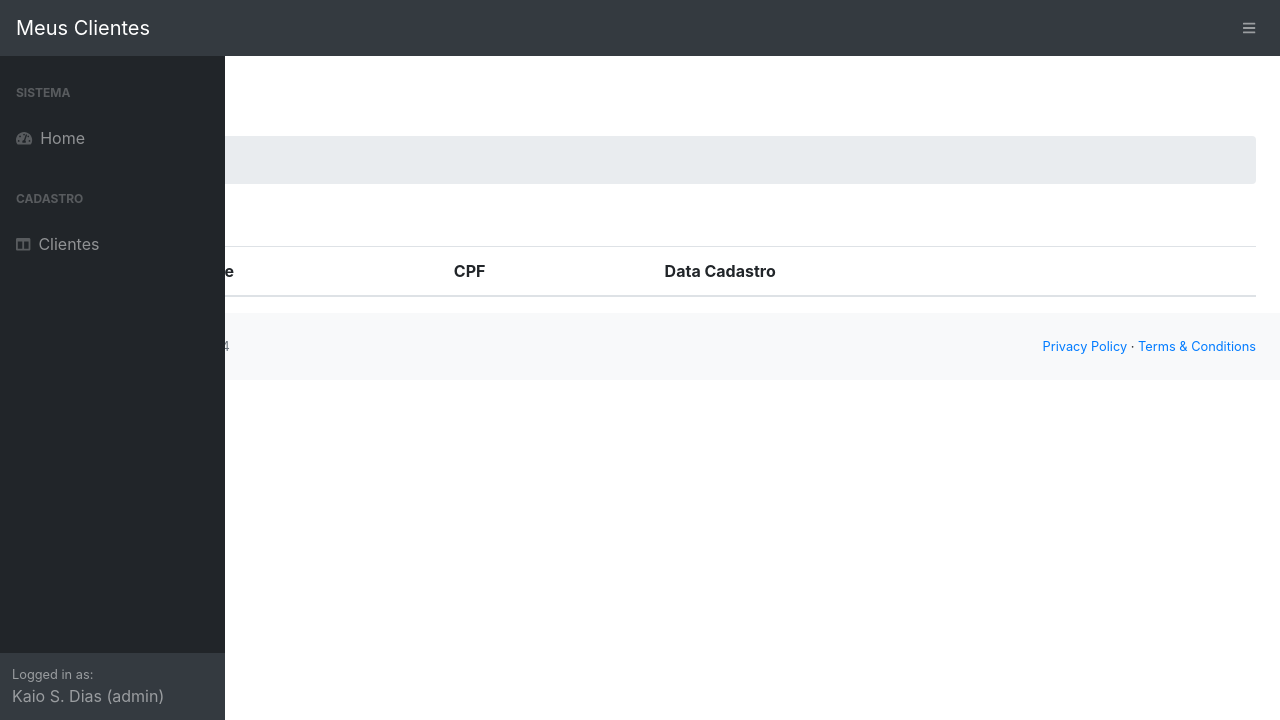
Repository: Kaio-Dias/Angular-Springboot
Page: /users-list (app in Frontend/clients-app/)
These files come from the project's save history. The page is drawn as it stood at one moment and after the next save; the edit follows.
The browser window is 1280 px wide. The pictures show the whole page.
The page's requests for data from a server got no answer. Some web libraries are served in a nearby version. The project was rebuilt for these pictures with package versions that can differ from the ones it lists, and the page was loaded fresh each time. No one was signed in, and anything a server would have sent is missing. Also part of the build but not shown: Frontend/clients-app/angular.json, Frontend/clients-app/src/app/users/users-form/users-form.component.ts, Frontend/clients-app/src/app/users/UserModel.ts, Frontend/clients-app/src/app/home/home.component.ts.

Above is the page before, as saved 2024-07-12 10:36:33.

### Frontend/clients-app/src/index.html
<!doctype html>
<html lang="en">
<head>
  <meta charset="utf-8">
  <title>ClientsApp</title>
  <base href="/">
  <meta name="viewport" content="width=device-width, initial-scale=1">
  <link rel="icon" type="image/x-icon" href="favicon.ico">
  <script src="https://cdnjs.cloudflare.com/ajax/libs/font-awesome/5.11.2/js/all.min.js" crossorigin="anonymous"></script>
</head>
<body class="sb-nav-fixed">
  <app-root></app-root>
</body>
</html>

### Frontend/clients-app/src/app/app.component.ts
import { Component } from '@angular/core';
import { RouterModule, RouterOutlet } from '@angular/router';
import { routes } from './app.routes';
import { UsersService } from './users.service';
import { HttpClientModule } from '@angular/common/http';
import { CommonModule } from '@angular/common';

import { HomeComponent } from './home/home.component';
import {TemplateModule} from './template/template.module';
import {UsersModule} from './users/users.module';

@Component({
  selector: 'app-root',
  standalone: true,
  imports: [
    RouterOutlet,
    HomeComponent,
    TemplateModule,
    CommonModule,
    UsersModule,
    HttpClientModule
  ],
  providers:[
    UsersService
  ],
  templateUrl: './app.component.html',
  styleUrls: ['./app.component.css']
})
export class AppComponent {
  title = 'clients-app';
}

### Frontend/clients-app/src/app/app.routes.ts
import { Routes } from '@angular/router';
import { UsersFormComponent } from './users/users-form/users-form.component';
import { HomeComponent } from './home/home.component';
import { UsersListComponent } from './users/users-list/users-list.component';

export const routes: Routes = [
    { path: '', redirectTo: '/home', pathMatch: 'full' },
    { path: 'home', component: HomeComponent },
    { path: 'users-form', component: UsersFormComponent },
    { path: 'users-form/:id', component: UsersFormComponent},
    { path: 'users-list', component: UsersListComponent },

];

### Frontend/clients-app/src/app/app.component.html
<app-navbar></app-navbar>
<div id="layoutSidenav">
  <app-sidebar></app-sidebar>
  <div id="layoutSidenav_content">
    <main>
      <div class="container-fluid">
        <router-outlet></router-outlet>
      </div>
      <footer class="py-4 bg-light mt-auto">
        <div class="container-fluid">
            <div class="d-flex align-items-center justify-content-between small">
                <div class="text-muted">Copyright &copy; Client Manager 2024</div>
                <div>
                    <a href="#">Privacy Policy</a>
                    &middot;
                    <a href="#">Terms &amp; Conditions</a>
                </div>
            </div>
        </div>
    </footer>
    </main>
  </div>
</div>

### Frontend/clients-app/src/app/users.service.ts
import { Injectable } from '@angular/core';
import { UserModel } from './users/UserModel';
import { HttpClient, HttpHeaders } from '@angular/common/http';
import { Observable } from 'rxjs';


@Injectable({
  providedIn: 'root'
})
export class UsersService {

  private user: UserModel[] = [];

  private apiUrl = 'http://localhost:8084/api/users';

  constructor(private http: HttpClient) {

  }
  //provavelmente seu User virará UserModel
  save(user:UserModel) : Observable<UserModel[]>{
    const headers = new HttpHeaders({'Content-Type': 'application/json'});
    return this.http.post<UserModel[]>(this.apiUrl, user, {headers})
  }

  getUsers(): Observable<UserModel[]> {
    return this.http.get<UserModel[]>(this.apiUrl);
  }

  getUserById(id: number): Observable<UserModel> {
    return this.http.get<UserModel>(`${this.apiUrl}/${id}`);
  }
}

### Frontend/clients-app/src/app/template/template.module.ts
import { NgModule } from '@angular/core';
import { CommonModule } from '@angular/common';
import { NavbarComponent } from './navbar/navbar.component';
import {SidebarComponent } from './sidebar/sidebar.component';
import { RouterModule } from '@angular/router';



@NgModule({
  declarations: [],
  imports: [
    CommonModule,
    RouterModule,
    NavbarComponent,
    SidebarComponent
  ],
  exports: [
    NavbarComponent,
    SidebarComponent
  ]
})
export class TemplateModule { }

### Frontend/clients-app/src/app/users/users.module.ts
import { NgModule } from '@angular/core';
import { CommonModule } from '@angular/common';
import { FormsModule } from '@angular/forms'

import { UsersRoutingModule } from './users-routing.module';
import { UsersFormComponent } from './users-form/users-form.component';
import { UsersListComponent } from './users-list/users-list.component';
import { RouterModule } from '@angular/router';


@NgModule({
  declarations: [],
  imports: [
    FormsModule,
    CommonModule,
    UsersRoutingModule,
    UsersFormComponent,
    UsersListComponent,
    RouterModule
  ],
  exports:[
    UsersFormComponent
  ]
})
export class UsersModule { }

### Frontend/clients-app/src/app/users/users-list/users-list.component.ts
import { Component, OnInit } from '@angular/core';
import { FormsModule } from '@angular/forms';
import { CommonModule } from '@angular/common';
import { ActivatedRoute, Router, RouterModule } from '@angular/router'

import { UserModel } from '../UserModel';
import { UsersService } from '../../users.service'
import { response } from 'express';

@Component({
  selector: 'app-users-list',
  standalone: true,
  imports: [FormsModule, CommonModule],
  templateUrl: './users-list.component.html',
  styleUrl: './users-list.component.css'
})
export class UsersListComponent implements OnInit {

  users: UserModel[] = [];

  constructor(
    private userService: UsersService,
    private router: Router,
    private activatedRoute: ActivatedRoute
  ){}

  ngOnInit(): void {
    this.userService.getUsers().subscribe(response => this.users = response);
  }

  newRegister(){
    this.router.navigate(['/users-form'])
  }
}

### Frontend/clients-app/src/app/template/navbar/navbar.component.ts
import { Component, AfterViewInit } from '@angular/core';

@Component({
  selector: 'app-navbar',
  standalone: true,
  imports: [],
  templateUrl: './navbar.component.html',
  styleUrl: './navbar.component.css'
})
export class NavbarComponent {

}

### Frontend/clients-app/src/app/users/users-routing.module.ts
import { NgModule } from '@angular/core';
import { RouterModule, Routes } from '@angular/router';
import { UsersFormComponent } from './users-form/users-form.component';

const routes: Routes = [
  { path: 'users-form', component: UsersFormComponent}
];

@NgModule({
  imports: [RouterModule.forChild(routes)],
  exports: [RouterModule]
})
export class UsersRoutingModule { }

### Frontend/clients-app/src/app/users/users-list/users-list.component.html
<h1 class="mt-4">Clientes</h1>
<ol class="breadcrumb mb-4">
    <li class="breadcrumb-item active">Consulta</li>
</ol>
<div class="container">
</div>
<div class="row">
    <div class="col-md-2">
        <button class="btn btn-warning" (click)="newRegister()">
            <i class="fa fa-plus"></i> Novo
        </button>
    </div>
</div>
<div class="row">
    <div class="col-md-12">
        <table class="table table-condensed table-hover">
            <thead>
                <tr>
                    <th>ID</th>
                    <th>Nome</th>
                    <th>CPF</th>
                    <th>Data Cadastro</th>
                    <th></th>
                </tr>
            </thead>
            <tbody>
                <tr *ngFor="let user of users">
                    <td>{{ user.id }}</td>
                    <td>{{ user.username }}</td>
                    <td>{{ user.cpf }}</td>
                    <td>{{ user.registered_date }}</td>
                    <td>
                        <button class="btn btn-primary"
                            routerLink="/users-form/", user.id>
                            <i class="fa fa-pen-square"></i>
                        </button>

                        <button class="btn btn-danger" data-toggle="modal" data-target="#deleteModal">
                            <i class="fa fa-trash"></i>
                        </button>
                    </td>
                </tr>
            </tbody>
        </table>
    </div>
    <div>
        <div id="deleteModal" class="modal fade" role="dialog">
            <div class="modal-dialog">
                <div class="modal-content">
                    <div class="modal-header">
                        <h4>Confirmação</h4>
                    </div>

                    <div class="modal-body">
                        hello
                    </div>
                </div>
            </div>
        </div>
    </div>
</div>

### Frontend/clients-app/src/app/template/navbar/navbar.component.html
<nav class="sb-topnav navbar navbar-extend navbar-dark bg-dark">
    <a class="navbar-brand" href="#">Meus Clientes</a>
    <button class="btn btn-link btn-sm order-1 order-lg-0" id="sidebarToggle">
        <i class="fas fa-bars"></i>
    </button>
</nav>

### Frontend/clients-app/src/app/template/sidebar/sidebar.component.html
<div id="layoutSidenav">
    <div id="layoutSidenav_nav">
        <nav class="sb-sidenav accordion sb-sidenav-dark" id="sidenavAccordion">
            <div class="sb-sidenav-menu">
                <div class="nav">
                    <div class="sb-sidenav-menu-heading">Sistema</div>
                    <a class="nav-link" href="/home"
                        ><div class="sb-nav-link-icon"><i class="fas fa-tachometer-alt"></i></div>
                        Home</a
                    >
                    <div class="sb-sidenav-menu-heading">Cadastro</div>
                    <a class="nav-link collapsed" href="/users-list" data-toggle="collapse" data-target="#collapseLayouts" aria-expanded="false" aria-controls="collapseLayouts"
                        ><div class="sb-nav-link-icon"><i class="fas fa-columns"></i></div>
                        Clientes
                    </a>
                    <div class="collapse" id="collapseLayouts" aria-labelledby="headingOne" data-parent="#sidenavAccordion">
                        <nav class="sb-sidenav-menu-nested nav"><a class="nav-link" href="layout-static.html">Static Navigation</a><a class="nav-link" href="layout-sidenav-light.html">Light Sidenav</a></nav>
                    </div>
                    </div>
                </div>
            <div class="sb-sidenav-footer">
                <div class="small">Logged in as:</div>
                Kaio S. Dias (admin)
            </div>
        </nav>
    </div>

Loaded but not shown: Frontend/clients-app/src/styles.css (library); Frontend/clients-app/src/main.ts (common file); Frontend/clients-app/src/app/app.config.ts (common file); Frontend/clients-app/src/app/app.component.css (library); Frontend/clients-app/src/app/template/sidebar/sidebar.component.ts (common file); Frontend/clients-app/src/app/template/navbar/navbar.component.css (no stored copy; drawn as an empty file); Frontend/clients-app/src/app/template/sidebar/sidebar.component.css (no stored copy; drawn as an empty file); Frontend/clients-app/src/app/users/users-list/users-list.component.css (no stored copy; drawn as an empty file)

After the next save:
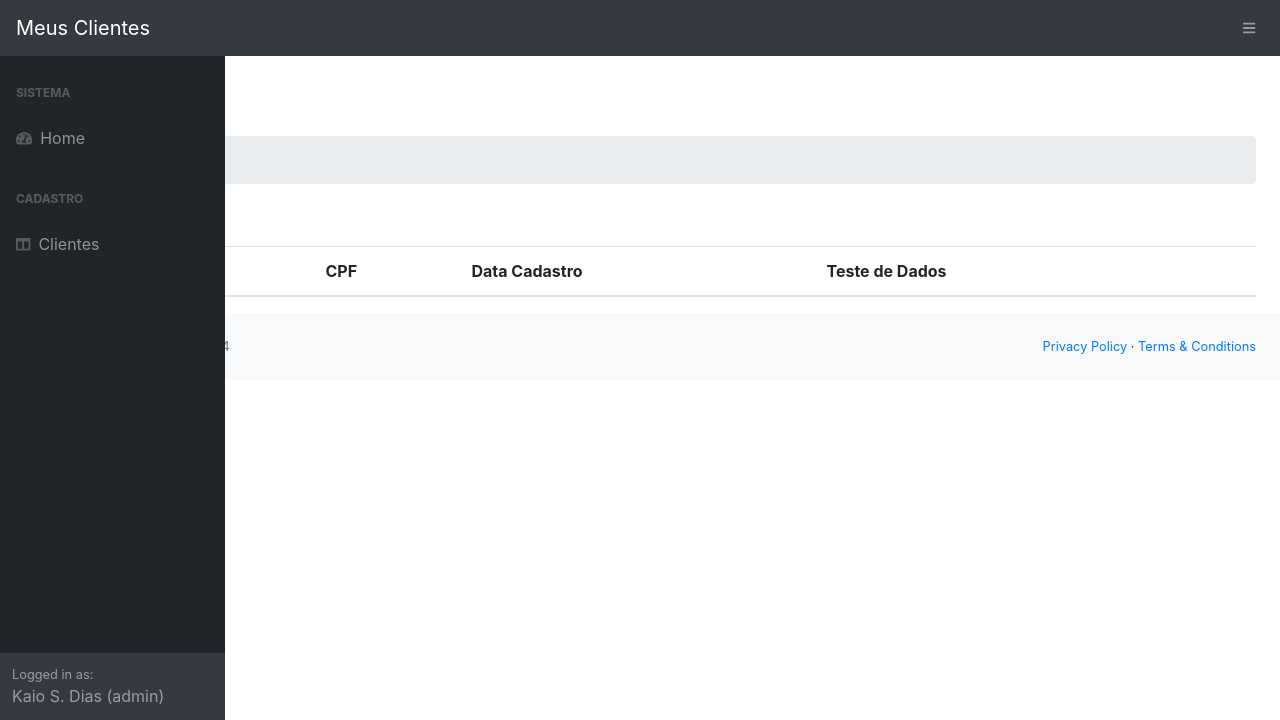
Saved 112 s later.
--- a/Frontend/clients-app/src/app/users/users-list/users-list.component.html
+++ b/Frontend/clients-app/src/app/users/users-list/users-list.component.html
@@ -20,6 +20,7 @@
                     <th>Nome</th>
                     <th>CPF</th>
                     <th>Data Cadastro</th>
+                    <th>Teste de Dados</th>
                     <th></th>
                 </tr>
             </thead>

After the save that followed:
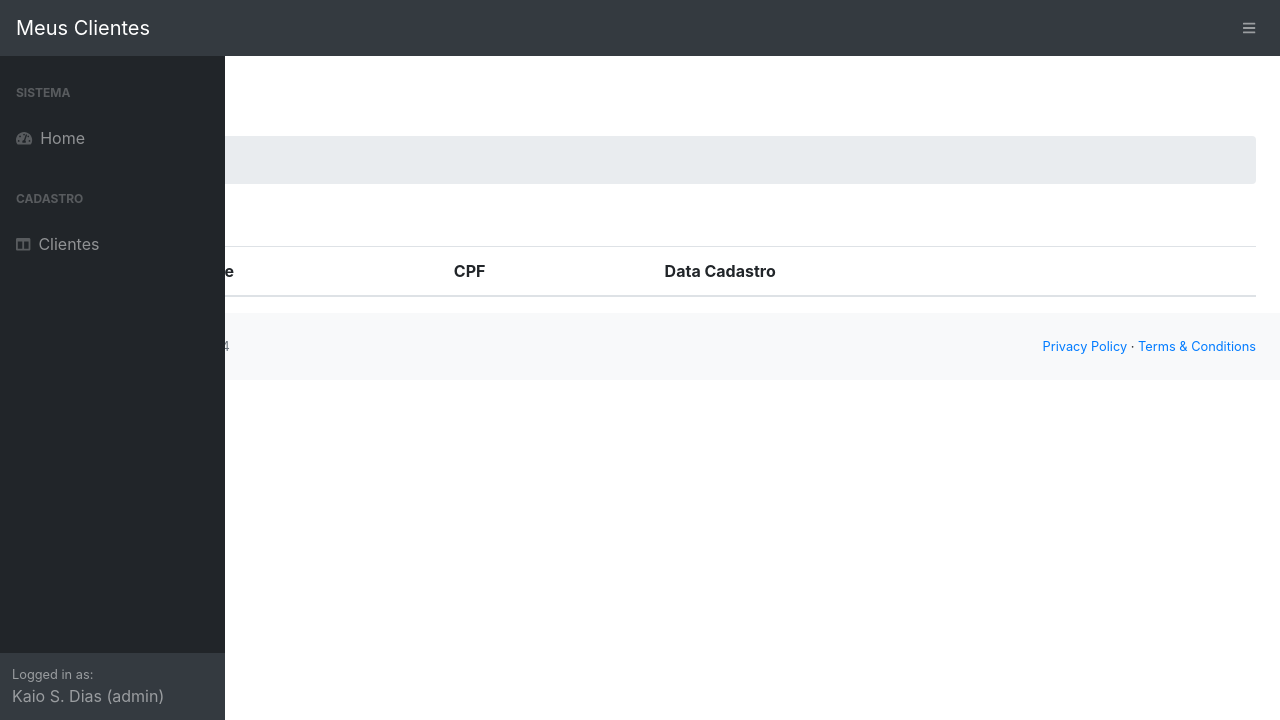
Saved 9 min 30 s later.
--- a/Frontend/clients-app/src/app/users/users-list/users-list.component.html
+++ b/Frontend/clients-app/src/app/users/users-list/users-list.component.html
@@ -20,7 +20,6 @@
                     <th>Nome</th>
                     <th>CPF</th>
                     <th>Data Cadastro</th>
-                    <th>Teste de Dados</th>
                     <th></th>
                 </tr>
             </thead>
